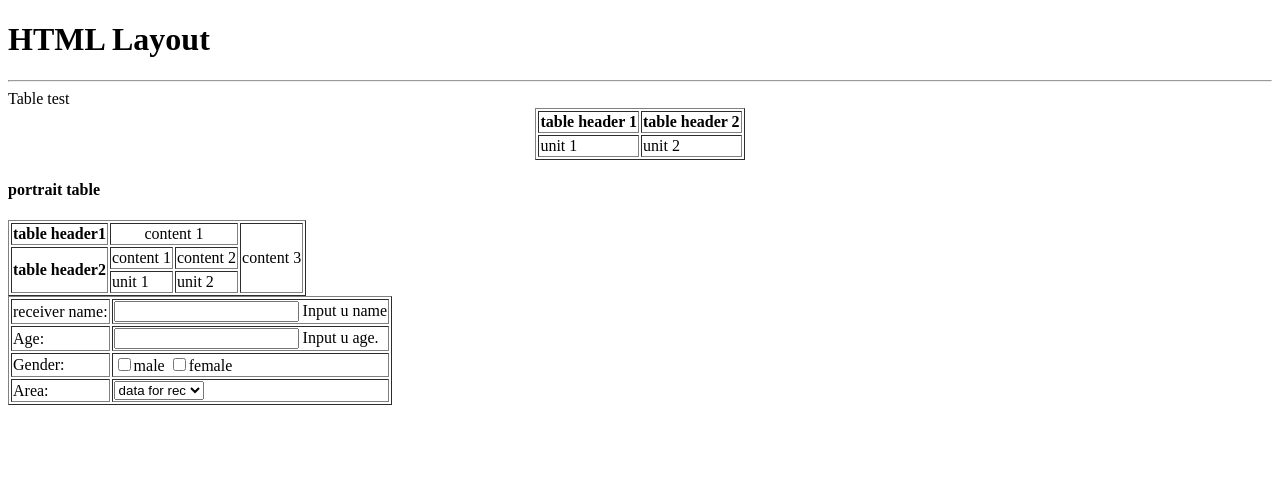
Repository: libelosophy/anjoyo
Page: workspace/QTalk/WebContent/html/table.html
An editor plug-in stored every save of this project. The page is shown before and after the next save, followed by the edit.
The browser window is 1280 px wide. The pictures show the whole page.

Above is the page before, as saved 2013-09-09 11:52:36.

### workspace/QTalk/WebContent/html/table.html
<!DOCTYPE html>
<html>
<head>
<title>HTML Layout</title>
<meta name="author" content="jh">

</head>

<h1>HTML Layout</h1>
<body>
	<hr />


	<table border="1" align="center">
		Table test
		<tr>
			<th>table header 1</th>
			<th>table header 2</th>
		</tr>
		<tr>
			<td>unit 1</td>
			<td>unit 2</td>
		</tr>
	</table>

	<h4>portrait table</h4>
	<table border="1">
		<tr>
			<th>table header1</th>
			<td colspan="2" align="center">content 1</td>
			<td rowspan="3">content 3</td>
		</tr>

		<tr>
			<th rowspan="2">table header2</th>
			<td>content 1</td>
			<td>content 2</td>

		</tr>
		<tr>
			<td>unit 1</td>
			<td>unit 2</td>
		</tr>

	</table>

	<form action="提交到服务器的哪个页面" method="POST|GET">
		<table border="1" cellspcace="2" >
			<tr>
				<td> receiver name:</td>
				<td><input type="text" name="name" size="20" /> Input u name</td>
			</tr>

			<tr>
				<td>Age:</td>
				<td><input type="number" name="age" size="20" /> Input u age.</td>
			</tr>

			<tr>
				<td>Gender:</td>
				<td><input type="checkbox" name="gender_male" size="20" />male
					<input type="checkbox" name="gender_female" size="20" />female</td>
			</tr>

			<tr>
				<td>Area:</td>
				<td><select>
						<option>data for rec</option>
						<option>day 1</option>
						<option>day 2</option>
				</select></td>
			</tr>

		</table>
	</form>


</body>
</html>

After the next save:
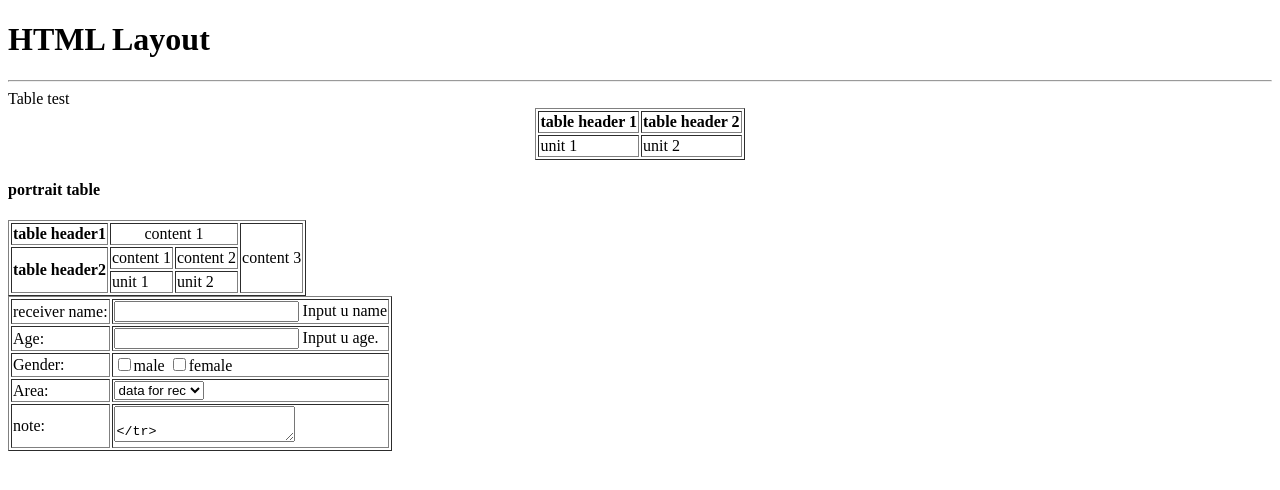
Saved 2 min 34 s later.
--- a/workspace/QTalk/WebContent/html/table.html
+++ b/workspace/QTalk/WebContent/html/table.html
@@ -71,6 +71,23 @@
 				</select></td>
 			</tr>
 
+			<tr>
+				<td>note:</td>
+				<td>
+					<textarea
+				</td>
+			</tr>
+
+
+			<tr>
+				<td>Area:</td>
+				<td><select>
+						<option>data for rec</option>
+						<option>day 1</option>
+						<option>day 2</option>
+				</select></td>
+			</tr>
+
 		</table>
 	</form>
 
